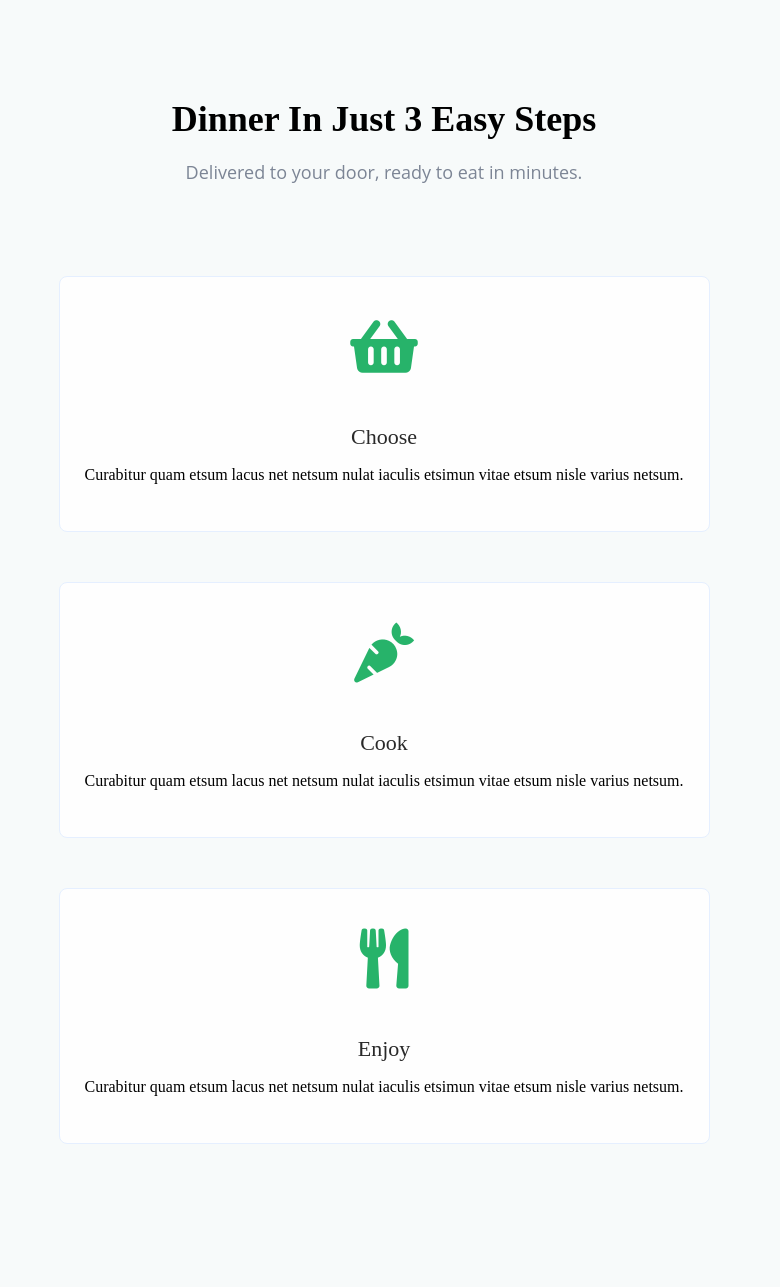
Repository: ST-United-Internship/leadpage
Page: card-UI.html
These files come from the project's save history. The page is drawn as it stood at one moment and after a run of saves; the edit follows.
The browser window is 768 px wide. The page is 780 px wide, then 768 px, so the pictures cover 780 px, including what lies to the right of the window. The pictures show the whole page.

Above is the page before, as saved 2023-03-15 16:19:45.

After the next 3 saves:
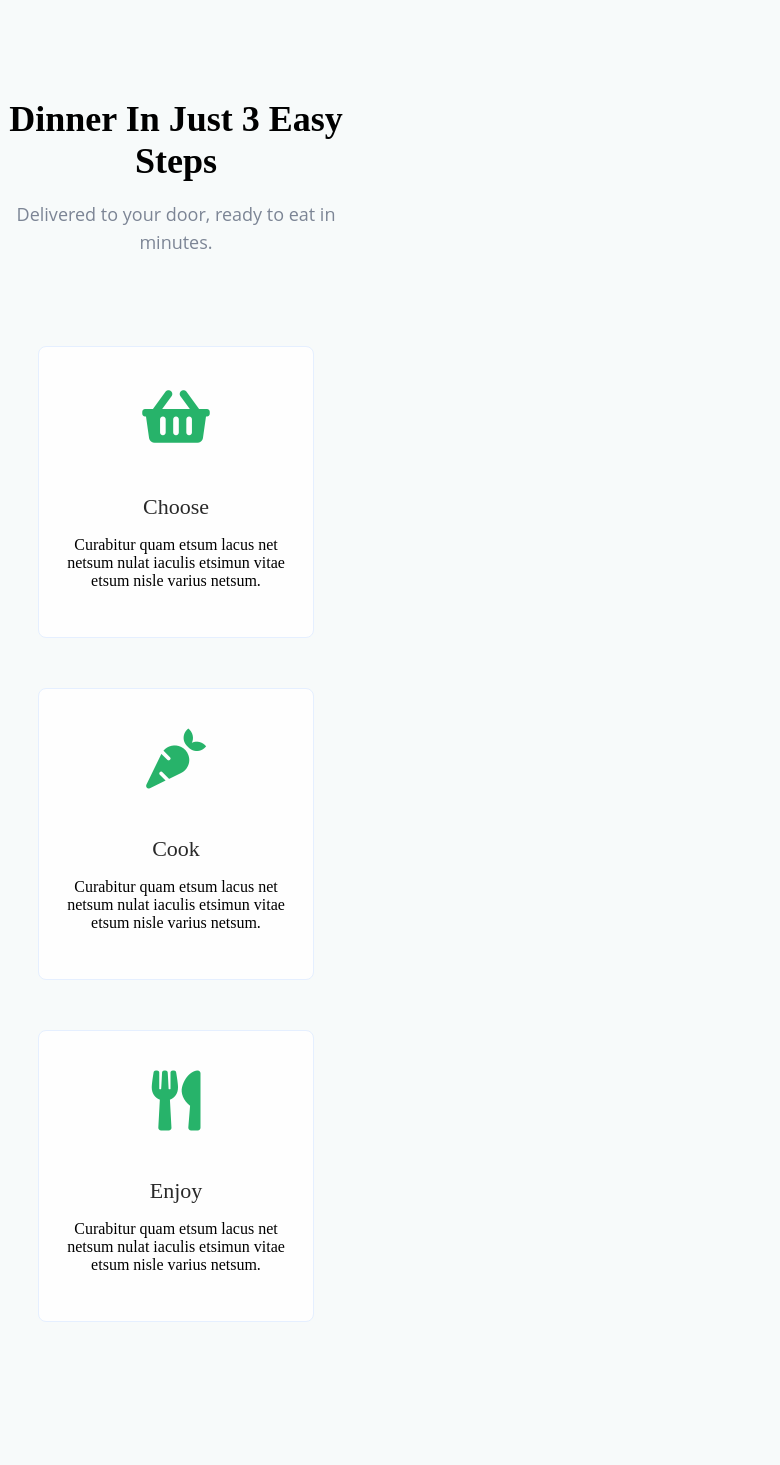
The 3 saves are shown as one change because they came seconds apart.
The last was saved 31 s later.
--- a/css/card-UI.css
+++ b/css/card-UI.css
@@ -94,6 +94,7 @@ section{
         align-items: center;
         margin-right: -20px;
         margin-left: -20px;
+        max-width: 50%;
     }
     .columm{
         /* width: auto; */
